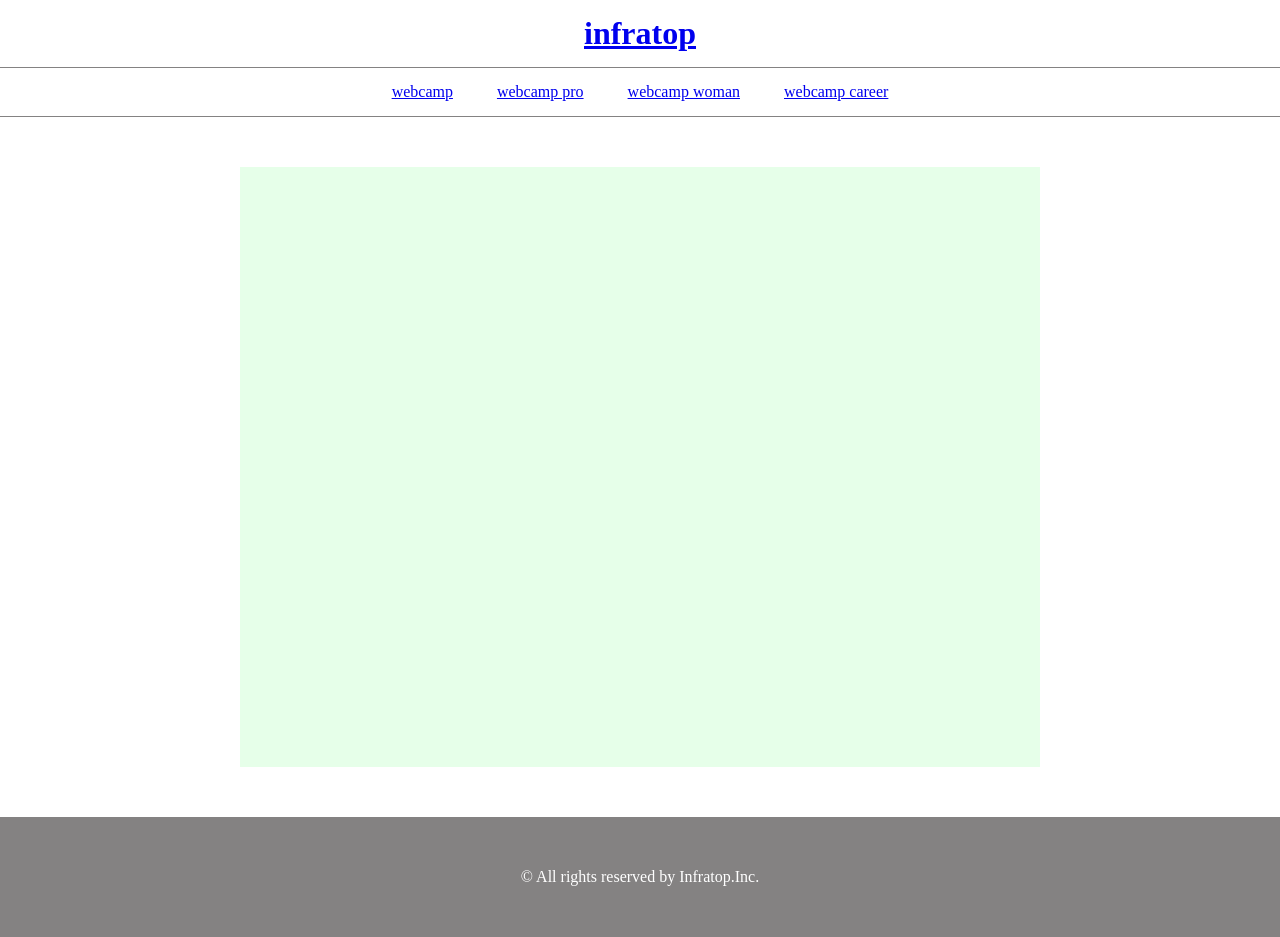
Repository: Nao002/practice
Page: html-practice5/index.html
The author's editor kept a record of every edit. The page is drawn from the files as they stood at one moment, then again after the next edit.
The browser window is 1280 px wide. The pictures show the whole page.

Above is the page before.

### html-practice5/index.html
<!DOCTYPE html>
<html lang="ja">
  <head>
    <meta charset="UTF-8" />
    <!-- CSSファイルの読み込み -->
    <link rel="stylesheet" href="style.css" />
    <title>infratop</title>
  </head>

  <body>
    <!-- header -->
    <header>
      <h1 class="heading">
        <a href="index.html">
          infratop
        </a>
      </h1>
    </header>

     <!-- navigation -->
    <nav>
      <ul class="nav-list">
        <li class="nav-list-item">
          <a href="index.html">webcamp</a>
        </li>
        <li class="nav-list-item">
          <a href="index.html">webcamp pro</a>
        </li>
        <li class="nav-list-item">
          <a href="index.html">webcamp woman</a>
        </li>
        </li>
        <li class="nav-list-item">
          <a href="index.html">webcamp career</a>
        </li>
      </ul>
    </nav>

    <!-- main-visual用のdiv -->
    <div class="main-visual">
      <div class="main-visual-content">
        <div class="main-visual-color color1"></div>
        <div class="main-visual-color color2"></div>
        <div class="main-visual-color color3"></div>
        <div class="main-visual-color color4"></div>
        <div class="main-visual-color color5"></div>
        <div class="main-visual-color color6"></div>
        <div class="main-visual-color color7"></div>
        <div class="main-visual-color color8"></div>
        <div class="main-visual-color color9"></div>
        <div class="main-visual-color color10"></div>
        <div class="main-visual-color color12"></div>
        <div class="main-visual-color color12"></div>
      </div>
    </div>

    <!-- footer -->
    <footer>
      <p class="footer-text">© All rights reserved by Infratop.Inc.</p>
    </footer>

  </body>
</html>

### html-practice5/style.css
/* ブラウザがそれぞれ持っているCSSをリセットするための記述 */
* {
  margin: 0;
  padding: 0;
  box-sizing: border-box;
}

header {
  width: 90%;
  padding: 15px 0;
  margin: 0 auto;
  text-align: center;
}

header .heading { /* headerタグ内のheadingクラスにのみ反映される */
  font-size: 32px;
}

.nav-list {
  text-align: center;
  padding: 15px 0;
  margin: 0 auto;
  border-top: 1px solid #848282;
  border-bottom: 1px solid #848282;
}

.nav-list-item {
  list-style: none;
  display: inline-block;
  margin: 0 20px;
}

.main-visual {
  width: 100%; /* 横幅いっぱい */
  height: 650px; /* 高さ300px */
}

.main-visual-content {
  width: 800px; /* 横幅350px */
  height: 300px; /* 親の高さに揃える */
  flex-wrap: wrap;
  margin: 50px auto;
  font-size: 0;
}

.main-visual-color{
  display: inline-block;
  width: 200px;
  height: 200px;
  background-color: #FF0000;
  font-size: 0;
}

.color1{
  background-color: #e6ffe9
}

.color2{
  background-color: #e6ffe9
}

.color3{
  background-color: #e6ffe9
}

.color4{
  background-color: #e6ffe9
}

.color5{
  background-color: #e6ffe9
}

.color6{
  background-color: #e6ffe9
}
.color7{
  background-color: #e6ffe9
}

.color8{
  background-color: #e6ffe9
}

.color9{
  background-color: #e6ffe9
}

.color10{
  background-color: #e6ffe9
}

.color11{
  background-color: #e6ffe9
}

.color12{
  background-color: #e6ffe9
}


footer {
  width: 100%;
  height: 120px;
  text-align: center;
  line-height: 120px;
  background-color: #848282;
}

.footer-text {
  color: #fff;
}

After the next edit:
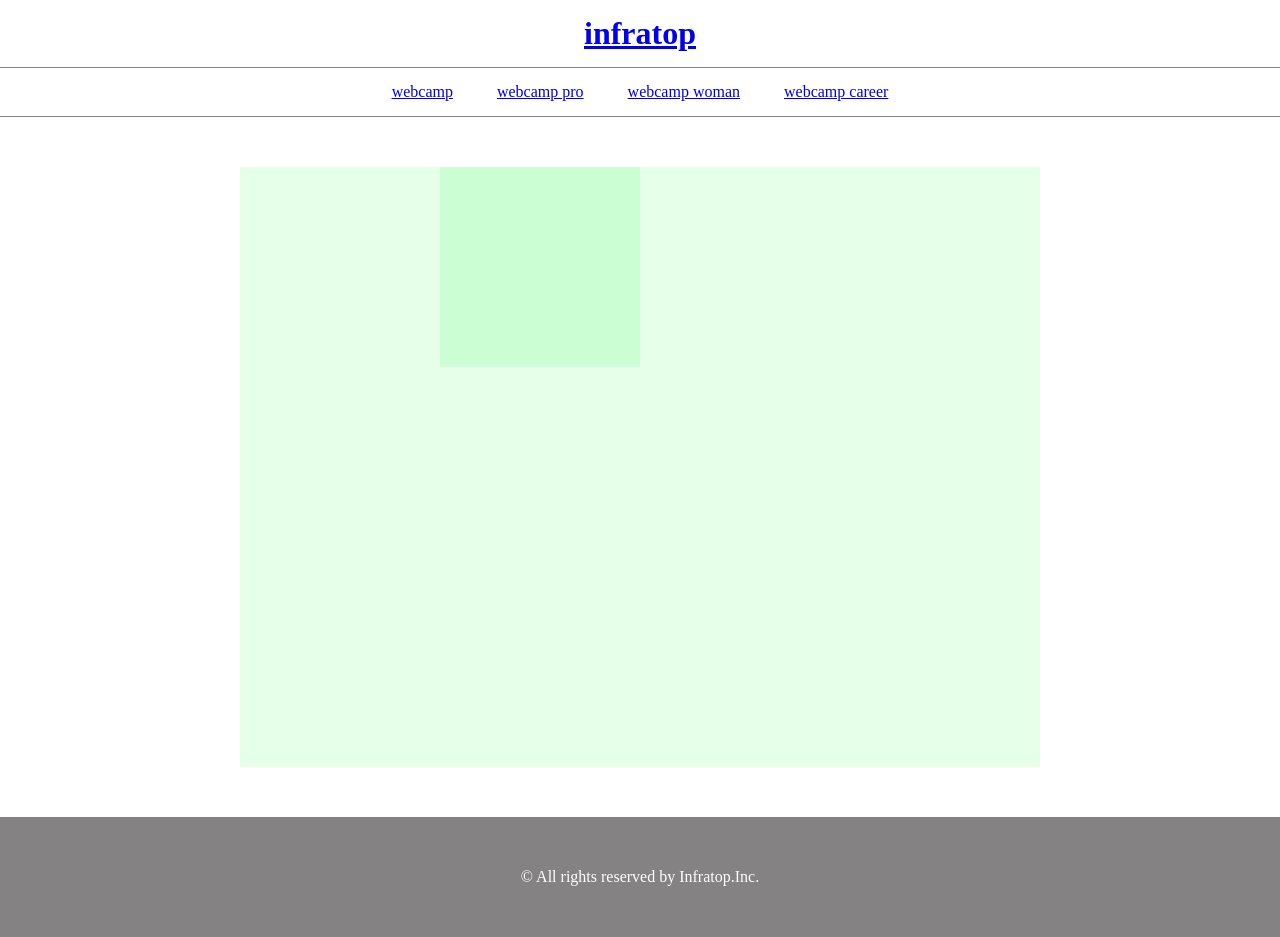
The edit:
--- a/html-practice5/style.css
+++ b/html-practice5/style.css
@@ -56,7 +56,7 @@
 }
 
 .color2{
-  background-color: #e6ffe9
+  background-color: #cbffd3;
 }
 
 .color3{
